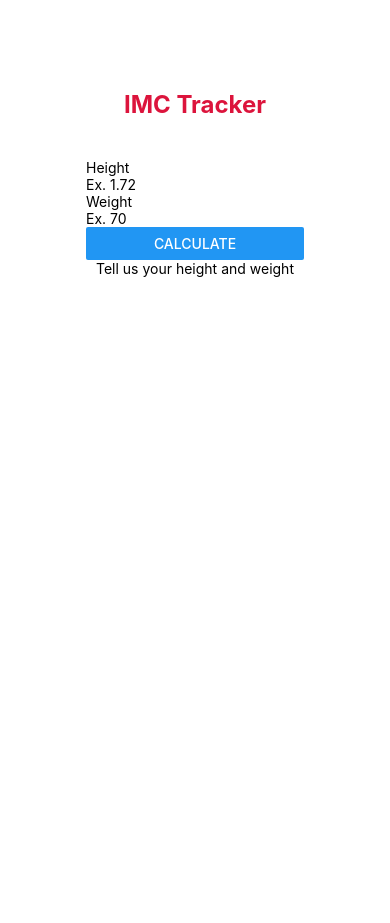
Repository: rubenmatias08/IMCTracker
Screen: /
The author's editor kept a copy of each file at every save. The screen is drawn from the files as they stood at one save, then again after the next save.
The app was drawn by React Native's web renderer in a window 390 px wide. The project was rebuilt for these pictures with package versions that can differ from the ones it lists, and the page was loaded fresh each time.

Above is the screen before, as saved 2024-03-10 17:25:31.

### App.js
import { StyleSheet, View } from 'react-native';
import Title from './src/components/Title';
import Form from './src/components/Form/index'

export default function App() {
  return (
    <View style={styles.container}>
      <Title/>
      <Form />
    </View>
  );
}

const styles = StyleSheet.create({
  container: {
    flex: 1,
    backgroundColor: 'f8f8ff',
    paddingTop: 80,

  },
});



/*
   alignItems: 'center',
    justifyContent: 'center',

*/

### src/components/Title/index.js
import React from "react";
import { View,Text } from "react-native"; //Componentes
import styles from "./style";

export default function Title(){
    return(
        <View style={styles.boxTitle}>
            <Text style={styles.textTitle}>IMC Tracker</Text>
        </View>
    )
}

//Para aplicar a estilização colocamos: style={nomedoficheiroimportado.propriedadeJSON}

### src/components/Form/index.js
import React , {useState} from "react";
import { TextInput, View, Text, Button } from "react-native";
import ResultIMC from "./ResultIMC";
import styles from "./style";


export default function Form(){

    const [height, setHeight] = useState(null); // Altura
    const [weight, setWeight] = useState(null); // Peso
    const [messageIMC, setmessageIMC] = useState("Tell us your height and weight"); // Mensagem que contem o resultado
    const [imc,setIMC] = useState(null); // valor do IMC
    const [textButton, setTextButton] = useState("Calculate"); //

    //Calcular o imc é altura x altura a dividir por peso
    //E vamos querer que nos retorne o resultado (toFixed) que é para vir com 2 casas decimais apenas.
    function CalculatorIMC(){
        return setIMC((weight / (height * height)).toFixed(2))
    }

    //Caso os valores tiverem sido preenchidos ele valida, caso contrário temos de avisar o usuário para preencher os dados de altura e peso.
    //Aqui com a condição é: Caso os valores de height e weight sejam diferentes de null, ou seja, estão preenchidos... Chama a função CalculatorIMC() que fará o calculo que depois nos dá o resultado.
    function ValidationIMC(){
        if(height != null && weight != null){
            CalculatorIMC() //Função do calculo
            setHeight(null) //Reset de height para que se faça depois um novo calculo
            setWeight(null) //Reset de weight para que se faça depois um novo calculo
            setmessageIMC("Your IMC is:") //Mensagem para apresentar o resultado
            setTextButton("Calculate again") //Botão com mensagem
            return //Depois de tudo isto... Retorna-nos.
        }
        setIMC(null) //caso o peso e altura sejam nulos, colocamos o imc como nulo também para que não haja resposta de possiveis calculos anteriores
        setTextButton("Calculate") //Para voltar a apresentar o texto original
        setmessageIMC("Tell us your height and weight") //Para voltar a apresentar o texto original

    }


    return(
        <View style={styles.formContext}>
            <View>
                <Text>Height</Text>
                <TextInput
                onChangeText={setHeight}
                value={height}
                placeholder="Ex. 1.72"
                keyboardType="numeric"
                />

                <Text>Weight</Text>
                <TextInput
                onChangeText={setWeight}
                value={weight}
                placeholder="Ex. 70"
                keyboardType="numeric"
                />

                <Button
                onPress={() => ValidationIMC()}
                title={textButton}/>

            </View>
            <ResultIMC messageResultImc={messageIMC} resultImc={imc}/>
        </View>
    )
}

//O keyboardType indica qual o tipo de teclado que ele vai abrir
//No <ResultIMC> leva duas props com propriedades dinamicas.

### src/components/Title/style.js
import { StyleSheet } from "react-native";

const styles = StyleSheet.create( {
    boxTitle: {
        alignItems: "center",
        justifyContent: "center",
        padding: 10,
    },
    textTitle: {
        color:"#DC143C",
        fontSize:24,
        fontWeight:"bold"
    }
});

export default styles;

### src/components/Form/ResultIMC/index.js
import React from "react";
import { View , Text } from "react-native";

export default function ResultIMC(props){
    return(
        <View>
            <Text>{props.messageResultImc}</Text>
            <Text>{props.resultImc}</Text>
        </View>
    )
}

//Neste componente vai ser mostrado o resultado do valor de IMC e uma mensagem com o valor desse IMC.

### src/components/Form/style.js
import { StyleSheet } from "react-native";

const styles = StyleSheet.create( {
    formContext: {
        width:"100%",
        height:"100%",
        bottom:0,
        backgroundColor:"#ffffff",
        alignItems:"center",
        marginTop:30,
    }
});

export default styles;

After the next save:
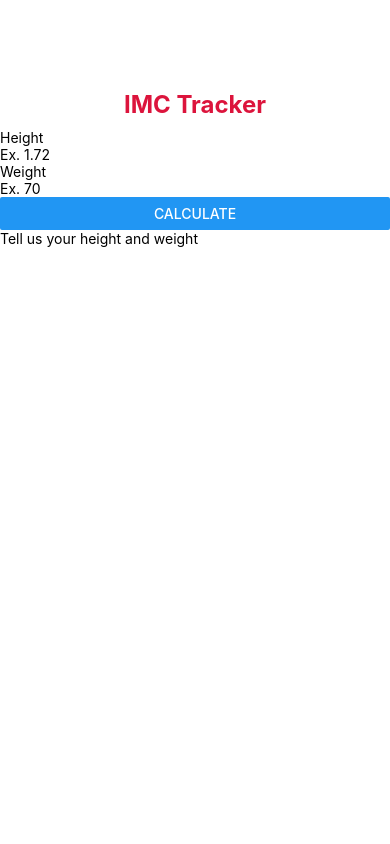
Saved 66 s later.
--- a/src/components/Form/style.js
+++ b/src/components/Form/style.js
@@ -1,7 +1,7 @@
 import { StyleSheet } from "react-native";
 
 const styles = StyleSheet.create( {
-    formContext: {
+    formContent: {
         width:"100%",
         height:"100%",
         bottom:0,

After the save that followed:
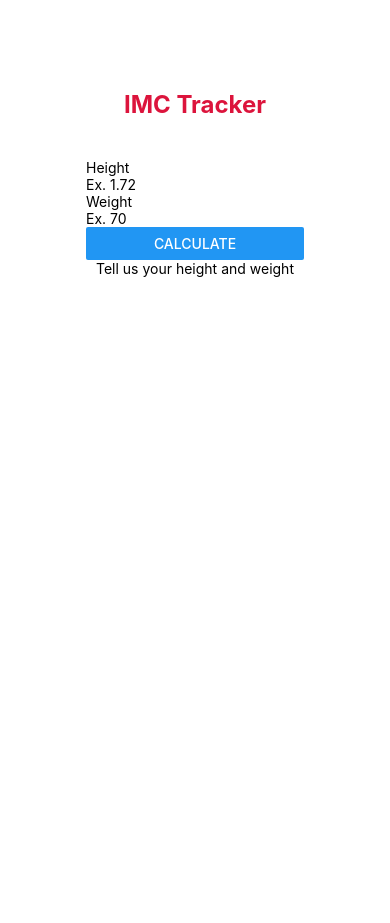
Saved 9 s later.
--- a/src/components/Form/index.js
+++ b/src/components/Form/index.js
@@ -37,7 +37,7 @@ export default function Form(){
 
 
     return(
-        <View style={styles.formContext}>
+        <View style={styles.formContent}>
             <View>
                 <Text>Height</Text>
                 <TextInput
